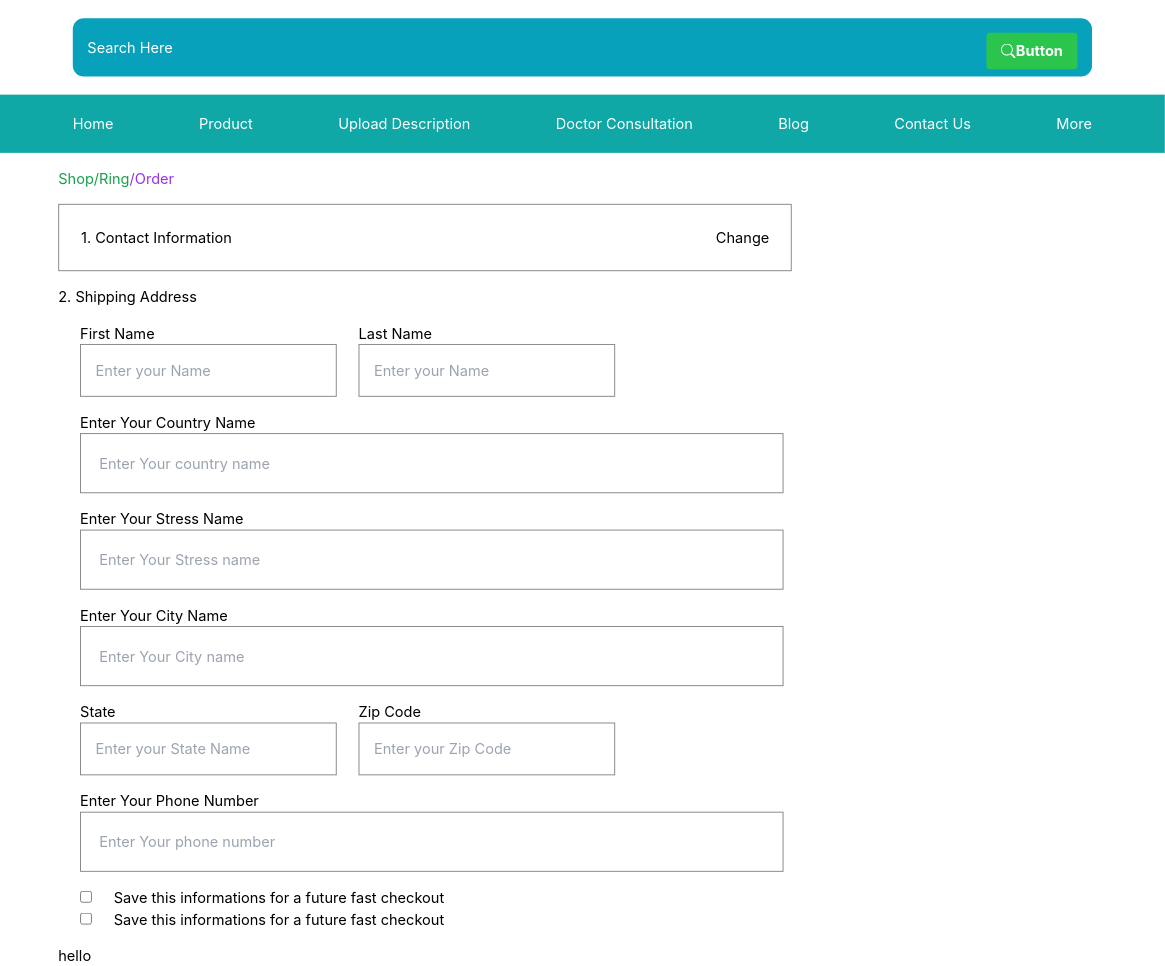
Repository: arafatmollah/form-pharma
Page: /
The author's editor kept a copy of each file at every save. The page is drawn from the files as they stood at one save, then again after the next save.
The browser window is 1280 px wide. The pictures show the whole page, at 91% of full size.
The project was rebuilt for these pictures with package versions that can differ from the ones it lists, and the page was loaded fresh each time.

Above is the page before, as saved 2023-03-15 00:08:18.

### src/index.js


import React from 'react';
import ReactDOM from 'react-dom/client';
import './index.css';
import App from './App';
import reportWebVitals from './reportWebVitals';

const root = ReactDOM.createRoot(document.getElementById('root'));
root.render(
  <React.StrictMode>
    <App />
  </React.StrictMode>
);

// If you want to start measuring performance in your app, pass a function
// to log results (for example: reportWebVitals(console.log))
// or send to an analytics endpoint. Learn more: https://bit.ly/CRA-vitals
reportWebVitals();

### src/App.js

import './App.css';
import Nav from './Nav';
import Form from './Form';

function App() {
  return (
    <div className="App">
     <Nav></Nav>
     <Form></Form>
    </div>
  );
}

export default App;

### src/App.css
.box-border{
  background-color: #08A1BC;
}
.btn {
  @apply font-bold py-2 px-4 rounded;
  background-color: #2BC44C;
  color: white;
}
.btn-blue {
  @apply bg-blue-500 text-white;
}
.btn-blue:hover {
  @apply bg-blue-700;
}
.nav{
  background-color: #0FA8A6;
}
.info{
  width: 70%;
  border: 1px solid gray;
}
.input{
  border: 1px solid gray;
}
.an{
  width: 70%;
}
.information{
  display: grid;
  grid-template-columns: ;
}

### src/Nav.js
import React from 'react'
import './App.css';
import { BsSearch } from 'react-icons/bs';

function Nav() {
  return (
    <div>
        <div className='box-border h-16 w-100 p-4 mx-20 my-5 rounded-xl'>
          <div className='flex justify-between align-middle'>
                <p className='text-white mt-1'>Search Here</p>
                <button className="btn mb-1 py-2 flex items-center justify-between"><BsSearch></BsSearch> Button</button>
          </div>
        </div>
        <div className='box-border h-16 w-100 nav'>
            <div className='flex mx-20 items-center justify-between text-white'>
            <div className='mt-5'>Home</div>
            <div className='mt-5'> Product</div>
            <div className='mt-5'>Upload Description</div>
            <div className='mt-5'>Doctor Consultation</div>
            <div className='mt-5'>Blog</div>
            <div className='mt-5'>Contact Us</div>
            <div className='mt-5'>More</div>
            </div>
        </div>
    </div>
  )
}

export default Nav

### src/Form.js
import React from 'react'

function form() {
  return (
    <div>
        <div className='mx-16 information'>
            <div>
            <div className='flex my-4'>
                <p className='text-green-600'>Shop</p>
                <p className='text-green-600'> /Ring</p>
                <p className='text-purple-600'>/Order</p>
            </div>
            <div>
            <div className='info p-6 flex justify-between'>
              <p>1. Contact Information</p>
              <p>Change </p>
            </div>
            <div className='my-4'>
              <p>2. Shipping Address</p>
              <form className='my-4'>
               <div className='flex'>
               <div className='mx-6'>
                <label>First Name</label> <br></br>
                <input className='input p-4' type='text' placeholder="Enter your Name"></input>
                </div>
                <div>
                <label>Last Name</label> <br></br>
                <input className='input p-4' type='text' placeholder="Enter your Name"></input>
                </div>
               </div>
               <div className='my-4 mx-6'>
                <label>Enter Your Country Name</label><br></br>
                <input className='an input p-5' type='text' placeholder='Enter Your country name'></input>
               </div>
               <div className='my-4 mx-6'>
                <label>Enter Your Stress Name</label><br></br>
                <input className='an input p-5' type='text' placeholder='Enter Your Stress name'></input>
               </div>
               <div className='my-4 mx-6'>
                <label>Enter Your City Name</label><br></br>
                <input className='an input p-5' type='text' placeholder='Enter Your City name'></input>
               </div>
               <div className='flex'>
               <div className='mx-6'>
                <label>State</label> <br></br>
                <input className='input p-4' type='text' placeholder="Enter your State Name"></input>
                </div>
                <div>
                <label>Zip Code</label> <br></br>
                <input className='input p-4' type='number' placeholder="Enter your Zip Code"></input>
                </div>
               </div>
               <div className='my-4 mx-6'>
                <label>Enter Your Phone Number</label><br></br>
                <input className='an input p-5' type='number' placeholder='Enter Your phone number'></input>
               </div>
               <div>
                <input type="checkbox" className='mx-6 p-4'></input>
                <label>Save this informations for a future fast checkout</label><br></br>
                <input type="checkbox" className='mx-6 p-4'></input>
                <label>Save this informations for a future fast checkout</label>
               </div>
              </form>
            </div>
            </div>
            </div>
            <div>
              <div>
                hello
              </div>
            </div>
        </div>
    </div>
  )
}

export default form

Loaded but not shown: public/index.html (common file); src/index.css (common file); src/reportWebVitals.js (common file); tailwind.config.js (common file)

After the next save:
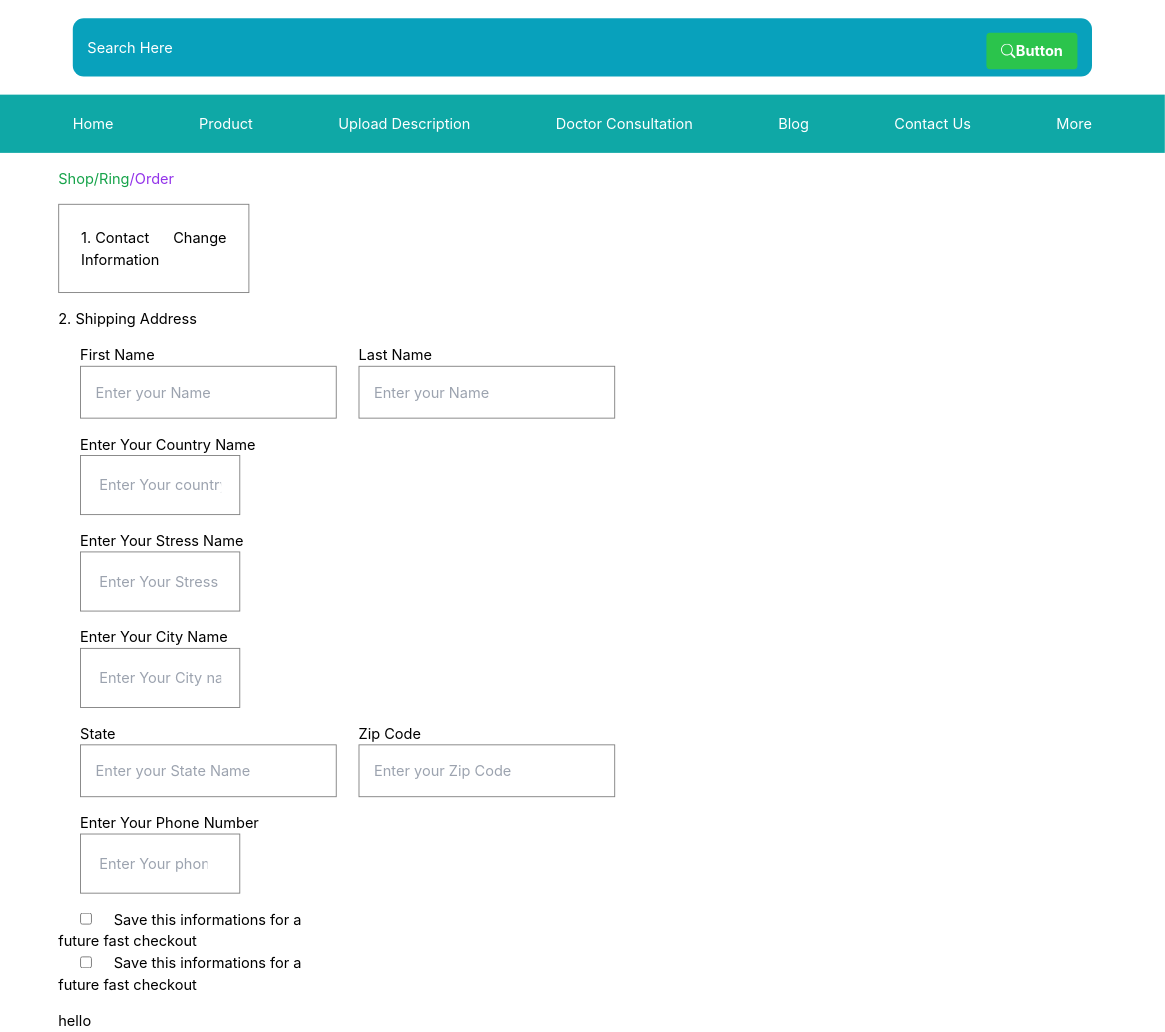
Saved 4 s later.
--- a/src/App.css
+++ b/src/App.css
@@ -27,5 +27,5 @@
 }
 .information{
   display: grid;
-  grid-template-columns: ;
+  grid-template-columns: 300px ;
 }
